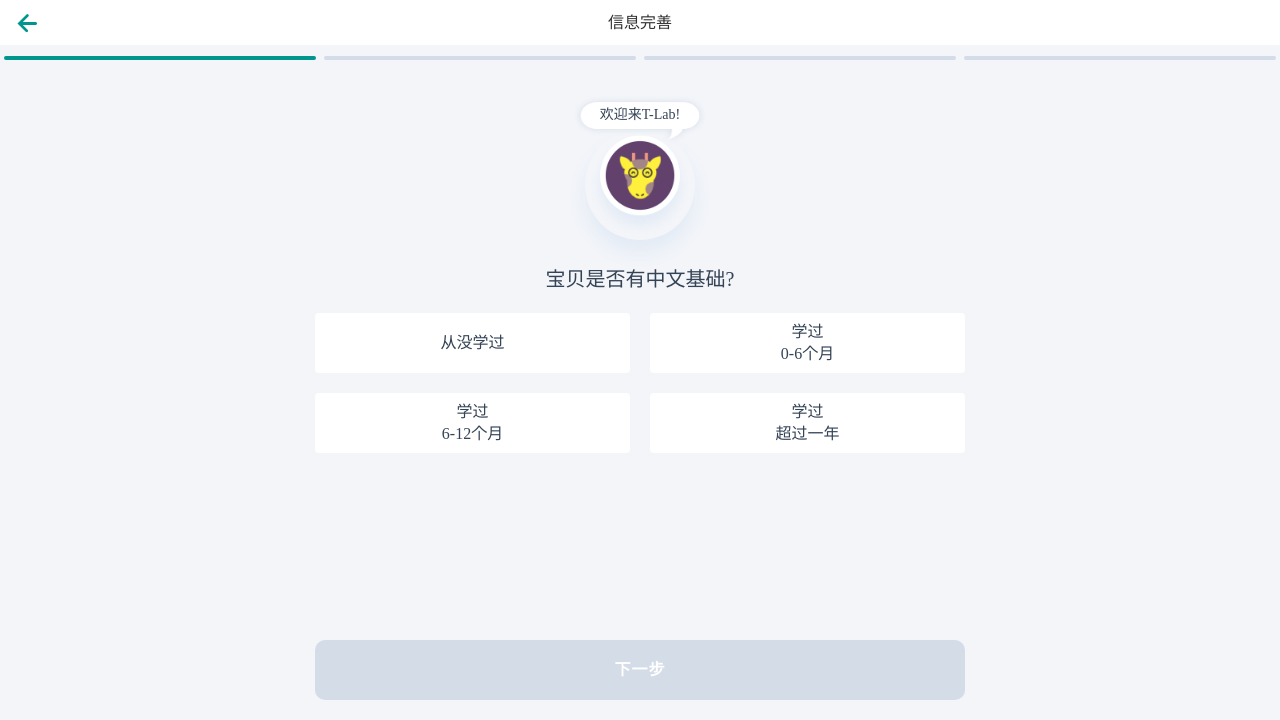
Repository: huangjf1/1
Page: /
These files come from the project's save history. The page is drawn as it stood at one moment and after the next save; the edit follows.
The browser window is 1280 px wide. The pictures show the whole page.
The project was rebuilt for these pictures with package versions that can differ from the ones it lists, and the page was loaded fresh each time. Also part of the build but not shown: vue.config.js.

Above is the page before, as saved 2021-08-24 12:37:12.

### src/main.js
import { createApp } from 'vue'
import { NavBar, Swipe, SwipeItem, Picker, Field, Popup } from 'vant';
import App from './App.vue'
import router from './router'
import less from 'less'
import "lib-flexible/flexible.js"
import 'vant/lib/index.css';
const app = createApp(App)
app.use(router)
app.use(less)
app.use(NavBar)
app.use(Swipe)
app.use(Picker)
app.use(Field)
app.use(SwipeItem)
app.use(Popup)
app.mount('#app')

### src/App.vue
<template>
  <div id="app">
    <router-view></router-view>
  </div>
</template>

<script>
export default {
  name: 'App',
}
</script>
<style>
*{
  margin: 0;
  padding: 0;
  font-family: Montserrat,PingFang,Microsoft YaHei;
}
#app {
  width: 100%;
  height: 100%;
  position: absolute;
  left: 0;
  right: 0;
  top: 0;
  bottom: 0;
}
</style>

### src/router/index.js
import { createRouter, createWebHashHistory } from 'vue-router'
const router = createRouter({
  history: createWebHashHistory(),
  routes: [
    {
      path: '/',
      name: '/',
      redirect: '/index'
    },
    {
    path: '/index',
    name: 'index',
    component: () => import('@/views/index.vue'),
    meta: {
      index: 1
    }
  },]
})
export default router

### src/views/index.vue

<template>
  <div class="content">
    <van-nav-bar title="信息完善" left-arrow @click-left="onClickLeft">
      <template #left>
        <img class="backIcon" src="@/assets/image/back.png" alt="">
      </template>
    </van-nav-bar>
    <div class="tabs">
      <div :class="initIndex>=0?'currentTab':''"></div>
      <div :class="initIndex>=1?'currentTab':''"></div>
      <div :class="initIndex>=2?'currentTab':''"></div>
      <div :class="initIndex>=3?'currentTab':''"></div>
      <!-- <div :class="initIndex==4?'currentTab':''"></div> -->
    </div>
    <div class="my-swipe">
      <van-swipe ref="swipe"  indicator-color="transparent" :touchable="false">
        <!-- 是否有中文基础 -->
        <van-swipe-item class="pageFour">
          <div class="select-chines">
            <div class="message-info">欢迎来T-Lab!</div>
            <img class="avatar" src="@/assets/image/avatar.png">
            <p>宝贝是否有中文基础?</p>
            <div class="select-list-box">
              <div @click="selectChines!=0?selectChines=0:selectChines=null" class="select-list" :class="selectChines==0?'current-select-list':''">
                从没学过
              </div>
              <div @click="selectChines!=1?selectChines=1:selectChines=null" class="select-list" :class="selectChines==1?'current-select-list':''">
                <p>学过</p>
                <p>0-6个月</p>
              </div>
              <div @click="selectChines!=2?selectChines=2:selectChines=null" class="select-list" :class="selectChines==2?'current-select-list':''">
                <p>学过</p>
                <p>6-12个月</p>
              </div>
              <div @click="selectChines!=3?selectChines=3:selectChines=null" class="select-list" :class="selectChines==3?'current-select-list':''">
                <p>学过</p>
                <p>超过一年</p>
              </div>
            </div>
          </div>
          <div class="btn" @click="next(1)" v-show="selectChines!=null">
            下一步
          </div>
          <div class="btn-gray" v-show="selectChines==null">
            下一步
          </div>
        </van-swipe-item>
        <!-- 学习中文的侧重点 -->
        <van-swipe-item class="pageFour">
          <div class="select-chines">
            <img class="avatar" src="@/assets/image/avatar.png">
            <p>宝贝学习中文的侧重点? (可多选)</p>
            <div class="select-list-box">
              <div class="select-list" @click="selectList(item, index)" :class="item.check==true?'current-select-list':''" v-for="(item, index) in list" :key="index">
                {{item.text}}
              </div>
            </div>
          </div>
          <div class="btn" @click="next(2)" v-show="list.some(item => item.check === true)"></div>
          <div class="btn-gray" v-show="!list.some(item => item.check === true)"></div>
        </van-swipe-item>
        <!-- 选择出生年月 -->
        <van-swipe-item class="pageThree">
          <div class="select-age">
            <img class="avatar" src="@/assets/image/avatar.png">
            <p>宝贝哪年出生?</p>
            <van-field
              v-model="result"
              is-link
              readonly
              placeholder="请选择"
              @click="showPicker = true"
              arrow-direction='down'
              input-align='center'
              :border='false'
            />
            <div class="age-desc">我们会根据孩子不同的年龄推荐相应的体验课程</div>

          </div>
          <div class="btn" @click="next(3)" v-show="result"></div>
          <div class="btn-gray" v-show="!result"></div>
        </van-swipe-item>
        <!-- 输入昵称 -->
        <van-swipe-item class="pageOne">
          <div class="pageOneDesc">
            <img class="avatar" src="@/assets/image/avatar.png">
            <div class="nameDesc">点击输入宝贝昵称</div>
            <input @input="changeText" v-model="name" type="text" placeholder="请输入">
            <div class="message" :class="firstShow?'messageColor':''">最多14个英文字符或7个汉字</div>
          </div>
          <div class="btn btn-success" v-show="!firstShow"></div>
          <div class="btn-gray" v-show="firstShow"></div>
        </van-swipe-item>
        <!-- 选择性别 -->
        <!-- <van-swipe-item class="pageTwo">
          <div class="selectSex">
            <div class="man" @click="selectSex!=1?selectSex=1:selectSex=''">
              <img class="manImg" src="@/assets/image/man.png">
              <img class="checkImg" v-show="selectSex==1" src="@/assets/image/checked.png">
            </div>
            <div class="andText">或</div>
            <div class="woman" @click="selectSex!=2?selectSex=2:selectSex=''">
              <img class="womanImg" src="@/assets/image/woman.png">
              <img class="checkImg" v-show="selectSex==2" src="@/assets/image/checked.png">
            </div>
          </div>
          <div class="btn" @click="next(2)" v-show="selectSex!=''"></div>
          <div class="btn-gray" v-show="selectSex==''"></div>
        </van-swipe-item> -->
      </van-swipe>
    </div>
    <van-popup v-model:show="showPicker" round position="bottom">
      <van-picker
        show-toolbar
        :columns="columns"
        @cancel="showPicker = false"
        @confirm="onConfirm"
        confirm-button-text="确定"
        confirm-color='red'
      />
    </van-popup>
  </div>
</template>
<script>
import { ref, onMounted } from 'vue'
export default {
  components: {

  },
  setup () {
    let initIndex = ref(0)
    let name = ref('')
    let selectChines = ref(null)
    let swipe = ref('')
    let firstShow = ref(true)
    let selectSex = ref('')
    let date = new Date()
    let year = date.getFullYear()
    console.log(year)
    const columns = []
    for (var i = 2000;i<=year;i++){
      columns.unshift({
        text: i
      })
    }
    // 侧重点列表
    const list = ref([
      { text: '拼音', check: false },
      { text: '听力', check: false },
      { text: '阅读', check: false },
      { text: '口语', check: false}
    ])
    const result = ref('');
    const showPicker = ref(false);
    const onConfirm = (value) => {
      result.value = value.text;
      showPicker.value = false;
    };
    // 返回
    const onClickLeft = () => {
      if (initIndex.value>0){
        swipe.value.prev()
        initIndex.value -= 1
      }
    }
    const selectList = (item) => {
      item.check = !item.check
    }
    const changeText = () => {
      /*eslint-disable*/
      let len = name.value.replace(/[^\x00-\xFF]/g,'**').length
      if (len<=14 && len>0) {
        firstShow.value = false
      } else {
        firstShow.value = true
      }
    }
    const next = (index) => {
      if (initIndex.value<4){
        swipe.value.next()
        initIndex.value = index
      }
    }
    onMounted (()=>{

    })
    return {
      initIndex,
      swipe,
      firstShow,
      columns,
      result,
      showPicker,
      list,
      selectChines,
      name,
      changeText,
      selectSex,
      onClickLeft,
      onConfirm,
      selectList,
      next
    }
  }
}
</script>
<style scoped lang="less">
 .content {
   width: 100%;
   height: 100%;
   margin: 0 auto;
   display: flex;
   overflow-y: auto;
   flex-direction: column;
   background: #f3f5f9;
   .backIcon {
     width: 24px;
     height: 24px;
   }
   .my-swipe {
      flex: 1;
      .van-swipe {
       height: 100%;
      }
      .van-swipe-item {
       color: #fff;
       font-size: 20px;
       text-align: center;
      }
      /deep/.van-swipe__indicators {
        display: none;
      }
      .pageOne {
        position: relative;
        display: flex;
        flex-direction: column;
        .pageOneDesc{
          flex: 1;
        }

        .nameDesc {
          text-align: center;
          color: #344356;
          font-size: 16px;
          font-weight: 600;
          font-family: PingFang HK;
          margin-top: 25px;
        }
        input {
          width: 335px;
          height: 16px;
          line-height: 16px;
          background: #FFFFFF;
          padding: 17px 0;
          border-radius: 10px;
          border: none;
          outline: none;
          font-size: 16px;
          text-align: center;
          margin-top: 19px;
          color: #344356;
        }
        .message {
          color: #344356;
          font-size: 14px;
          margin-top: 10px;
          &.messageColor {
            color: #FF7044;
          }
        }

      }
      .pageTwo {
        position: relative;
        display: flex;
        flex-direction: column;
        .selectSex {
          width: 140px;
          height: 340px;
          margin: 100px auto 0;
          flex: 1;
          .man,.woman {
            width: 140px;
            height: 140px;
            background: #FFFFFF;
            position: relative;
            cursor: pointer;
            .manImg{
              width: 56px;
              height: 59px;
              position: absolute;
              left: 0;
              top: 0;
              bottom: 0;
              right: 0;
              margin: auto;
            }
            .womanImg {
              width: 62px;
              height: 58px;
              position: absolute;
              left: 0;
              top: 0;
              bottom: 0;
              right: 0;
              margin: auto;
            }
            .checkImg {
              width: 22px;
              height: 22px;
              position: absolute;
              right: 5px;
              top: 5px;
            }
          }
          .andText {
            height: 60px;
            line-height: 60px;
            color: #344356;
            text-align: center;
            font-size: 16px;
          }
        }
      }
      .pageThree {
        display: flex;
        flex-direction: column;
        .select-age {
          width: 335px;
          flex: 1;
          margin: 0 auto;
          >p{
            color: #344356;
            font-size: 20px;
            margin-top: 20px;
            font-family: PingFang HK;
            font-style: normal;
            font-weight: 500;
            margin-bottom: 25px;
          }
          .age-desc {
            color: #5a6776;
            font-family: PingFang HK;
            font-style: normal;
            font-weight: normal;
            font-size: 14px;
            line-height: 20px;
            margin-top: 20px;
          }
          .van-field {
            border-radius: 5px;
          }
          /deep/ .van-popup--bottom {
            width: 375px;
            left: 0;
            right: 0;
            margin: auto;
            bottom: 0;
          }
          /deep/ .van-picker__toolbar {
            color: gray;
          }
          /deep/ .van-picker__confirm {
            color: #344356
          }
        }
      }
      .pageFour {
        margin: 0 auto;
        display: flex;
        flex-direction: column;
        .select-chines {
          flex: 1;
          width: 100%;
          min-width: 375px;
          max-width: 670px;
          margin: 0 auto;
          position: relative;
          .message-info {
            width: 136px;
            height: 52px;
            position: absolute;
            background: url('~@/assets/image/Union.png') no-repeat;
            background-size: 100% 100%;
            left: 0;
            right: 0;
            margin: auto;
            top: 35px;
            font-family: PingFang HK;
            font-style: normal;
            font-weight: 500;
            font-size: 14px;
            line-height: 40px;
            color: #344356;
          }
          >p {
            font-family: PingFang HK;
            font-style: normal;
            font-weight: 500;
            font-size: 20px;
            line-height: 28px;
            color: #344356;
            margin-top: 20px;
          }
          .select-list-box {
            display: flex;
            flex-wrap: wrap;
            justify-content: space-around;
          }
          .select-list {
            width: calc(50% - 20px);
            height: 60px;
            display: flex;
            margin:0 5px;
            flex-direction: column;
            align-items: center;
            background: white;
            font-family: PingFang HK;
            font-style: normal;
            font-weight: 500;
            font-size: 16px;
            line-height: 22px;
            display: flex;
            justify-content: center;
            text-align: center;
            color: #344356;
            border-radius: 4px;
            margin-top: 20px;
            &.current-select-list {
              background: #088384;
              color: white;
            }
          }
        }
      }
      .avatar {
        width: 110px;
        height: 110px;
        border-radius: 50%;
        box-shadow: 0px 12px 19px rgba(60, 128, 209, 0.0851449);
        margin-top: 70px;
      }
      .btn {
        width: 100%;
        min-width: 375px;
        max-width: 650px;
        height: 60px;
        background: #088384;
        background-size: 100% 100%;
        cursor: pointer;
        margin: 20px auto 20px;
        border-radius: 10px;
        font-family: Montserrat;
        font-weight: bold;
        font-size: 16px;
        letter-spacing: 1px;
        text-transform: uppercase;
        color: #FFFFFF;
      }
      .btn-success {
        background: url('../assets/image/success.png') no-repeat;
        background-size: 100% 100%;
      }
      .btn-gray {
        width: 100%;
        min-width: 375px;
        max-width: 650px;
        background: url('~@/assets/image/next_gray.png') no-repeat;
        height: 60px;
        text-align: center;
        line-height: 60px;
        cursor: pointer;
        background: #D4DCE7;
        margin: 20px auto 20px;
        border-radius: 10px;
        font-family: Montserrat;
        font-weight: bold;
        font-size: 16px;
        letter-spacing: 1px;
        text-transform: uppercase;
        color: #FFFFFF;
      }
   }
   .tabs {
     width: 100%;
     height: 4px;
     display: flex;
     justify-content: space-around;
     margin: 10px auto 0;
     div{
       height: 4px;
       flex: 1;
       background: #D4DCE7;
       border-radius: 26px;
       margin: 0 4px;
     }
     .currentTab {
       background: #00968E;
     }
   }
 }

</style>

Loaded but not shown: public/index.html (common file)

After the next save:
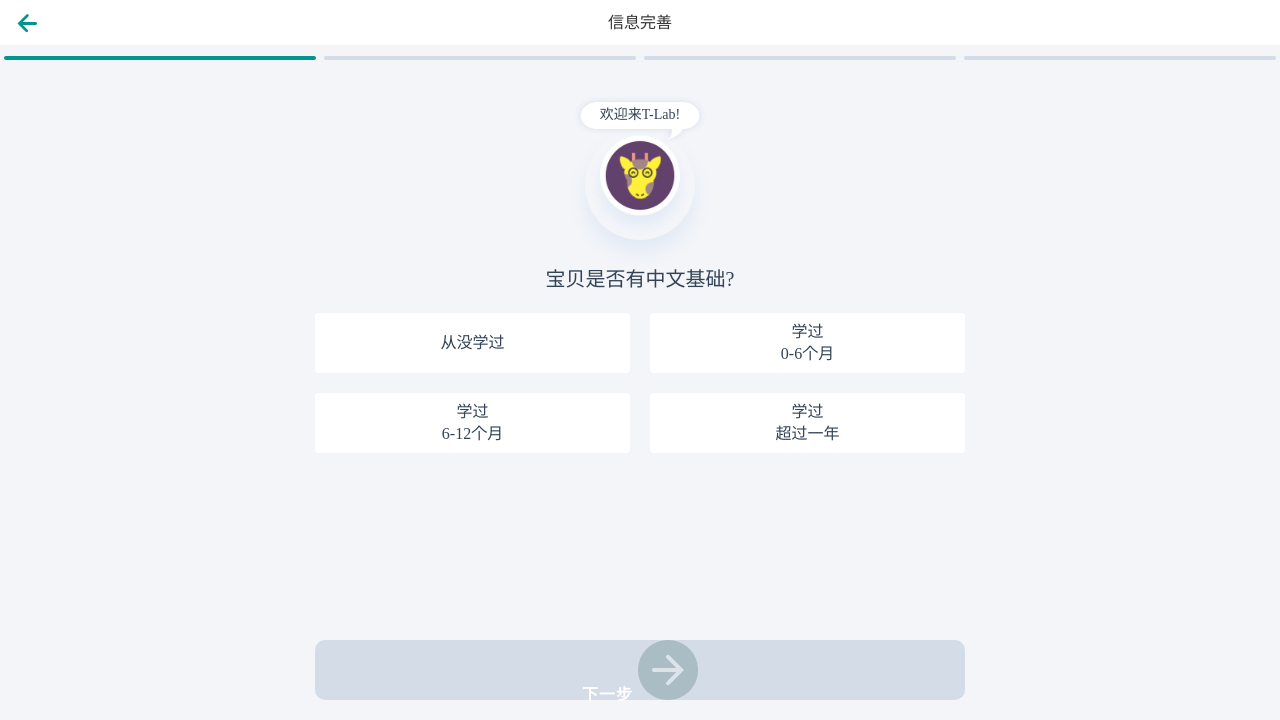
Saved 33 s later.
--- a/src/views/index.vue
+++ b/src/views/index.vue
@@ -44,6 +44,7 @@
           </div>
           <div class="btn-gray" v-show="selectChines==null">
             下一步
+            <img src="@/assets/image/next_gray.png" alt="">
           </div>
         </van-swipe-item>
         <!-- 学习中文的侧重点 -->
@@ -466,7 +467,6 @@ export default {
         width: 100%;
         min-width: 375px;
         max-width: 650px;
-        background: url('~@/assets/image/next_gray.png') no-repeat;
         height: 60px;
         text-align: center;
         line-height: 60px;
